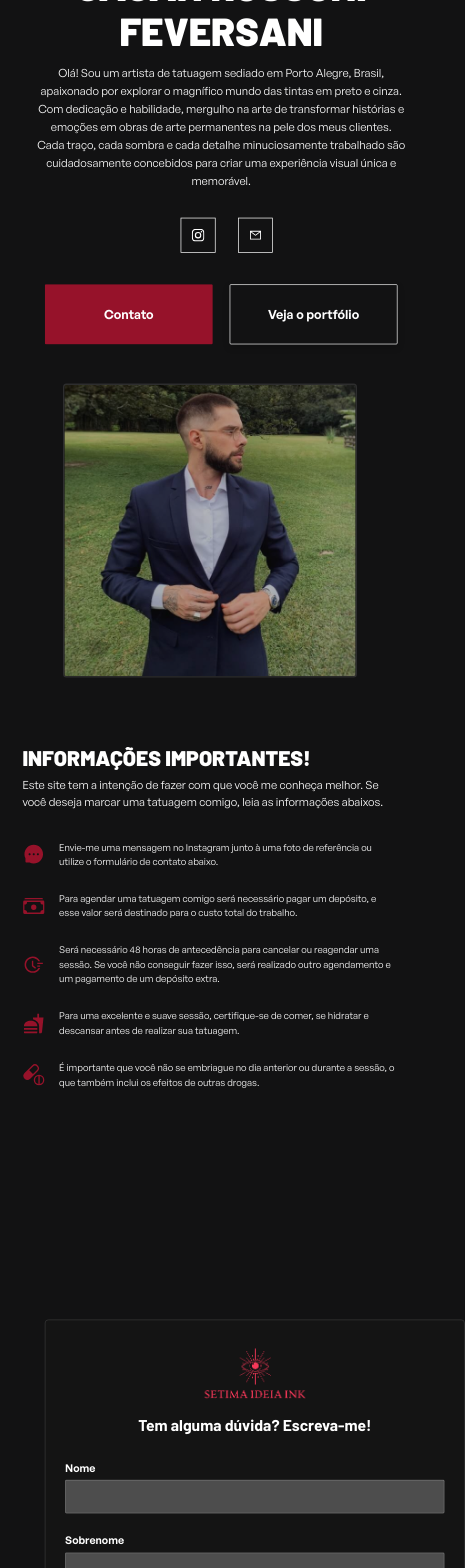
Repository: Leoka2000/S-tima-Ideia
Page: /
These files come from the project's save history. The page is drawn as it stood at one moment and after the next save; the edit follows.
The browser window is 600 px wide. The page is 664 px wide, then 600 px, so the pictures cover 664 px, including what lies to the right of the window. The pictures show the part of the page from y = 4260 to 6500 px (the page is 7771 px tall), at 70% of full size.
Backgrounds fixed to the window are drawn as part of the page. The project was rebuilt for these pictures with package versions that can differ from the ones it lists, and the page was loaded fresh each time. Some packages were replaced by stand-ins written for this rebuild. Also part of the build but not shown: src/pages/main/instagram/instagram.css, src/pages/main/instagram/instagram.jsx, src/App.css, src/pages/portfolio/portfolio.css, src/data/database-common.js, src/pages/portfolio/loop-content.jsx, src/pages/portfolio/portfolio.jsx, src/pages/portfolio/index.jsx and 2 more. Imported but missing from the stored project, and not drawn on this page: src/assets/videos/cauan-video.mp4.

Above is the page before, as saved 2023-07-10 21:28:46.

### public/index.html
<!DOCTYPE html>
<html lang="en">
  <head>
    <meta charset="utf-8" />
    <link rel="icon" href="%PUBLIC_URL%/logo.png" />
    <meta name="viewport" content="width=device-width, initial-scale=1" />
    <meta name="theme-color" content="#000000" />
    <meta
      name="description"
      content=""
    />
    <link rel="apple-touch-icon" href="%PUBLIC_URL%/logo192.png" />
    <!--
      manifest.json provides metadata used when your web app is installed on a
      user's mobile device or desktop. See https://developers.google.com/web/fundamentals/web-app-manifest/
    -->
    <link rel="manifest" href="%PUBLIC_URL%/manifest.json" />
    <!--
      Notice the use of %PUBLIC_URL% in the tags above.
      It will be replaced with the URL of the `public` folder during the build.
      Only files inside the `public` folder can be referenced from the HTML.

      Unlike "/favicon.ico" or "favicon.ico", "%PUBLIC_URL%/favicon.ico" will
      work correctly both with client-side routing and a non-root public URL.
      Learn how to configure a non-root public URL by running `npm run build`.
    -->
    <title>Setima Ideia</title>
  </head>
  <body>
    <noscript>You need to enable JavaScript to run this app.</noscript>
    <div id="root"></div>
    <!--
      This HTML file is a template.
      If you open it directly in the browser, you will see an empty page.

      You can add webfonts, meta tags, or analytics to this file.
      The build step will place the bundled scripts into the <body> tag.

      To begin the development, run `npm start` or `yarn start`.
      To create a production bundle, use `npm run build` or `yarn build`.
    -->
  </body>
</html>

### src/pages/main/index/index.jsx
import React from 'react'
import Hero from '../hero/hero'
import About from '../about/about'
import Carousel from '../carousel/carousel'
import HorizontalParallax2 from '../carousel/carousel2'
import LookPortfolio from '../olhe-portfolio'
import Video from '../video/video'
import Instagram from '../instagram/instagram'
import Form from '../contact/form'
import Contact from '../contact'
import Sobre from '../../sobre/about/about'

const index = () => {
  return (
    <>
      <Hero/>
      <About/>
      <Carousel/>
      <HorizontalParallax2/>
      <LookPortfolio/>
      <Video/>
      <Sobre/>
      {/* <Instagram/> */}
      <Contact/>
    </>
  )
}

export default index

### src/pages/sobre/about/about.jsx
import React from 'react'
import "./about.css"
import { BsFacebook } from 'react-icons/bs'
import { BsInstagram } from 'react-icons/bs'
import { AiOutlineMail } from 'react-icons/ai'
import cauan from '../../../assets/images/cauan.jpg'
import {Link} from 'react-scroll'

const Sobre = () => {
  return (
    <section id='about' className='sobre-section'>
      <main>
        <div className='sobre-left'>
          <h2>Tatuador na equipe Família Bagé.</h2>
          <h1>Cauan Rossoni Feversani</h1>
          <p>Olá! Sou um artista de tatuagem sediado em Porto Alegre, Brasil, apaixonado por explorar o magnífico mundo das tintas em preto e cinza. Com dedicação e habilidade, mergulho na arte de transformar histórias e emoções em obras de arte permanentes na pele dos meus clientes. Cada traço, cada sombra e cada detalhe minuciosamente trabalhado são cuidadosamente concebidos para criar uma experiência visual única e memorável. </p>
          <div className='sobre-icons-wrapper'>
            <a target='_blank' href='https://www.instagram.com/setimaideia.ink'>
              <BsInstagram />
            </a>
            <a href='mailto:contato.cauanrf@gmail.com'>
              <AiOutlineMail />
            </a>
          </div>
          <div className='sobre-button-wrapper'>
          <Link style={{ textDecoration: 'none' }} spy={true} smooth={true} offset={100} duration={500} to='form' ><button className='solid'>Contato</button></Link>
            <a target='_blank' href='https://www.instagram.com/setimaideia.ink'><button className='transparent'>Veja o portfólio</button></a>
          </div>
        </div>
        <div className='sobre-right'>
          <img alt='cauan' src={cauan}/>
        </div>
      </main>
    </section>
  )
}

export default Sobre

### src/components/footer/footer.jsx
import { useEffect } from 'react'
import './footer.css'
import { BsFacebook } from 'react-icons/bs'
import { BsInstagram } from 'react-icons/bs'
import { AiOutlineMail } from 'react-icons/ai'
import machine from '../../assets/icons/tattoo-machine.png'
import bage from '../../assets/brand/bage.jpg'
import { useLocation } from 'react-router-dom'
import { Link } from 'react-scroll'

const Footer = () => {

    const location = useLocation();

    useEffect(() => {
        window.scrollTo(0, 0);
    }, [location.pathname]);


    return (
        <footer>
            <main>
                <div className='footer-left'>
                    <div className='footer-cauan'>
                        <img src={machine} />
                        <p>Cauan Rossoni</p>
                    </div>

                    <div className='footer-icons-wrapper'>
                        <a target='_blank' href='https://www.instagram.com/setimaideia.ink/'>< BsInstagram /></a>
                        <a target='_blank' href='mailto:contato.cauanrf@gmail.com'><AiOutlineMail /></a>
                    </div>
                </div>
                <div className='footer-middle'>
                    <h1>Páginas</h1>
                    <Link style={{ textDecoration: 'none' }} spy={true} smooth={true} offset={100} duration={500} to='inicio' >Início</Link>
                    <Link style={{ textDecoration: 'none' }} spy={true} smooth={true} offset={100} duration={500} to='portfolio' >Portfolio</Link>
                    <Link style={{ textDecoration: 'none' }} spy={true} smooth={true} offset={100} duration={500} to='about' >Sobre</Link>
                </div>
                <div className='footer-right'><a target='_blank' href='https://www.instagram.com/_familiabagetattoo_/'><img src={bage} /></a></div>
            </main>
            <div className='leo-tag'>
                <p>Desenvolvido por <a target='_blank' style={{textDecoration: 'none'}} href='https://www.linkedin.com/in/leoreus/'>Leo Reus Oliveira</a></p>
            </div>
        </footer>
    )
}

export default Footer

### src/pages/main/hero/hero.jsx
import React from 'react';
import { motion } from 'framer-motion';
import './hero.css';
import logo from '../../../assets/brand/logoCorrected.png';
import { Link } from 'react-scroll';

const Hero = () => {
  const text = "Olá, aqui é o Cauan, bem-vindo ao meu website!";

  const parentVariants = {
    animate: {
      transition: {
        staggerChildren: 0.05,
      },
    },
  };

  const childVariants = {
    initial: {
      y: 20,
      opacity: 0,
    },
    animate: {
      y: 0,
      opacity: 1,
    },
  };

  return (
    <section id='inicio' className="hero-section">
      <div className="hero-wrapper">
        <img src={logo} alt="logo" />
        <motion.h1 variants={parentVariants} initial="initial" animate="animate">
          {text.split("").map((letter, index) => (
            <motion.span key={index} variants={childVariants}>{letter}</motion.span>
          ))}
        </motion.h1>
        <h2>Clique no botão abaixo para saber mais.</h2>
        <div>
          <Link to='sobre' className="colored-hero" style={{textDecoration: 'none'}} spy={true} smooth={true} offset={100} duration={500}>Saiba mais</Link>
        </div>
      </div>
    </section>
  );
};

export default Hero;

### src/pages/main/carousel/carousel.jsx
import C1 from '../../../assets/carousel/c1.jpg'
import C2 from '../../../assets/carousel/c2.jpg'
import C3 from '../../../assets/carousel/c4.jpg'
import C4 from '../../../assets/carousel/c5.jpg'
import C5 from '../../../assets/carousel/c6.jpg'
import C6 from '../../../assets/carousel/c7.jpg'
import C7 from '../../../assets/carousel/c20.jpg'
import C8 from '../../../assets/carousel/c11.jpg'
import C9 from '../../../assets/carousel/c12.jpg'

import C11 from '../../../assets/carousel/c15.jpg'
import C12 from '../../../assets/carousel/c16.jpg'
import C13 from '../../../assets/carousel/c17.jpg'
import C15 from '../../../assets/carousel/c19.jpg'
import C16 from '../../../assets/carousel/c21.jpg'





import React, {useState, useEffect} from "react";
import './carousel.css'

const images = [
  C1,
  C5,
  C4,
  C3,
  C7,
  C2,
  C6,
  //  C10,
  C8,
  C9,

  C11,
  C12,
  // C14,
  C13,
  C15,
  C16,
  // C17,



];

const HorizontalParallax = () => {
  const [scrollY, setScrollY] = useState(0);

  useEffect(() => {
    const handleScroll = () => {
      setScrollY(window.scrollY);
    };

    window.addEventListener("scroll", handleScroll);

    return () => {
      window.removeEventListener("scroll", handleScroll);
    };
  }, []);

  const calculateX = (scrollY) => {
    const minScroll = 0;
    const maxScroll = 2000;
    const minX = 0;
    const maxX = -2000;

    return (scrollY - minScroll) * ((maxX - minX) / (maxScroll - minScroll)) + minX;
  };

  const x = calculateX(scrollY);

  return (
    <div className="horizontal-parallax">
      <div className="images-container" style={{ transform: `translateX(${x}px)` }}>
        {images.map((image, index) => (
          <div key={index} className="image">
            <img src={image} alt={`Image ${index}`} />
          </div>
        ))}
      </div>
    </div>
  );
};

export default HorizontalParallax;

### src/pages/main/carousel/carousel2.jsx
import React, { useState, useEffect } from "react";
import './carousel.css'
import C1 from '../../../assets/carousel/c1.jpg'
import C2 from '../../../assets/carousel/c2.jpg'
import C13 from '../../../assets/carousel/c4.jpg'
import C4 from '../../../assets/carousel/c5.jpg'
import C5 from '../../../assets/carousel/c6.jpg'
import C6 from '../../../assets/carousel/c7.jpg'
// import C7 from '../../../assets/carousel/c10.jpg'
import C8 from '../../../assets/carousel/c11.jpg'
import C9 from '../../../assets/carousel/c12.jpg'
// import C10 from '../../../assets/carousel/c13.jpg'
import C11 from '../../../assets/carousel/c15.jpg'
import C12 from '../../../assets/carousel/c16.jpg'
// import C13 from '../../../assets/carousel/c17.jpg'
import C15 from '../../../assets/carousel/c19.jpg'
import C16 from '../../../assets/carousel/c21.jpg'

const images = [
  C1,
  C5,
  C4,
  // C7,
  C2,
  C6,
  C13,
  C8,
  C9,
  // C10,
  C11,
  C12,
  // C13,
  C15,
  C16,
  // C17,
  // C18,
];

const HorizontalParallax2 = () => {
  const [scrollY, setScrollY] = useState(0);

  useEffect(() => {
    const handleScroll = () => {
      setScrollY(window.scrollY);
    };

    window.addEventListener("scroll", handleScroll);

    return () => {
      window.removeEventListener("scroll", handleScroll);
    };
  }, []);

  const calculateX = (scrollY) => {
    const minScroll = 0;
    const maxScroll = 3000;
    const minX = -2000;
    const maxX = 0;

    return (scrollY - minScroll) * ((maxX - minX) / (maxScroll - minScroll)) + minX;
  };

  const x = calculateX(scrollY);

  return (
    <div className="horizontal-parallax">
      <div className="images-container" style={{ transform: `translateX(${x}px)` }}>
        {images.map((image, index) => (
          <div key={index} className="image">
            <img src={image} alt={`Image ${index}`} />
          </div>
        ))}
      </div>
    </div>
  );
};

export default HorizontalParallax2;

### src/pages/main/olhe-portfolio/index.jsx
import React from 'react'
import './index.css'
import img from '../../../assets/images/Signature.jpg'
import silhouete from '../../../assets/icons/about-tattoo-machine.png'
import clown from '../../../assets/icons/rose.png'
import { useInView } from 'react-intersection-observer';
import { motion } from 'framer-motion'
import { Link } from 'react-router-dom'

const LookPortfolio = () => {

  const [ref1, inView1] = useInView({
    threshold: 0.3,
    triggerOnce: true,
    delay: 0.7
  });

  const [ref2, inView2] = useInView({
    threshold: 0.3,
    triggerOnce: true,
    delay: 0.9
  });

  return (
    <section id='portfolio' className='look-portfolio-section'>
      <img alt='silhouete' className='silhouete' src={silhouete} />
      <img alt='silhouete' className='clown' src={clown} />
      <motion.div
        ref={ref1}
        initial={{ opacity: 0 }}
        animate={inView1 ? { opacity: 1 } : { opacity: 0 }}
        transition={{ duration: 1 }}
        className='look-portfolio-left'>
        <img src={img} />
      </motion.div>
      <br/>
      <motion.div
        ref={ref2}
        initial={{ opacity: 0 }}
        animate={inView2 ? { opacity: 1 } : { opacity: 0 }}
        transition={{ duration: 1 }}
        className='look-portfolio-right'>
        <h1>Confira o meu portfólio!</h1>
        <p>Clique no link a baixo para acessar o meu portfólio no Instagram. Lá, você pode encontrar uma exposição dos meus trabalhos atualizados.</p>
        <a
         style={{textDecoration:'none'}} target='_blank' href='https://www.instagram.com/setimaideia.ink/'>Saiba mais</a>
      </motion.div>

    </section>
  )
}

export default LookPortfolio

### src/pages/main/video/video.jsx
import React, { useState } from 'react';
import './video.css';
import cauan from '../../../assets/videos/cauan-video.mp4'
import thumb from '../../../assets/images/Thumbnail.jpg'
import { FaPlay, FaTimes } from "react-icons/fa";

function Video() {
    const [showVideo, setShowVideo] = useState(false);

    function handlePlayClick() {
        setShowVideo(true);
        document.body.style.overflow = 'hidden';
    }

    function handleCloseClick() {
        setShowVideo(false);
        document.body.style.overflow = 'visible';
    }

    return (
        <section className="video-thumbnail">
            <div className='overlay-effect'>
                <div
                    className="thumbnail-image"

                >
                    <button
                        className="play-button"
                        onClick={handlePlayClick}
                    >
                        <FaPlay className="play-icon" />
                    </button>
                </div>
                {showVideo && (
                    <div className="video-overlay">
                        <button className="close-button" onClick={handleCloseClick}>
                            <FaTimes className="close-icon" />
                        </button>
                        <div className="video-wrapper">
                            <video src={cauan} controls autoPlay />
                        </div>
                    </div>
                )}
            </div>
        </section>
    );
}

export default Video

### src/pages/main/contact/index.jsx
import React from 'react'
import Form from './form'
import './form.css'
import { useInView } from 'react-intersection-observer';
import { motion } from 'framer-motion'
import { AiFillMessage } from 'react-icons/ai'
import { AiOutlineFieldTime } from 'react-icons/ai'
import { BsCashStack } from 'react-icons/bs'
import { MdFastfood} from 'react-icons/md'
import {BsCapsulePill} from 'react-icons/bs'

const Index = () => {

  const [ref1, inView1] = useInView({
    threshold: 0.7,
    triggerOnce: true,
    delay: 0.9
  });

  return (
    <section className='form-section-parent'>

      <motion.header
        ref={ref1}
        initial={{ opacity: 0 }}
        animate={inView1 ? { opacity: 1 } : { opacity: 0 }}
        transition={{ duration: 1 }}
        className='form-header'>
        <h1>INFORMAÇÕES IMPORTANTES!</h1>
        <p>Este site tem a intenção de fazer com que você me conheça melhor. Se você deseja marcar uma tatuagem comigo, leia as informações abaixos.</p>
        <div className='row-wrapper'>
          <div>
            <span><AiFillMessage /></span>
            <p>Envie-me uma mensagem no Instagram junto à uma foto de referência ou utilize o formulário de contato abaixo.</p>
          </div>
          <div>
            <span><BsCashStack /></span>
            <p>Para agendar uma tatuagem comigo será necessário pagar um depósito, e esse valor será destinado para o custo total do trabalho.</p>
          </div>
          <div>
            <span><AiOutlineFieldTime /></span>
            <p>Será necessário 48 horas de antecedência para cancelar ou reagendar uma sessão. Se você não conseguir fazer isso, será realizado outro agendamento e um pagamento de um depósito extra.</p>
          </div>
          <div>
            <span><MdFastfood /></span>
            <p>Para uma excelente e suave sessão, certifique-se de comer, se hidratar e descansar antes de realizar sua tatuagem.</p>
          </div>
          <div>
            <span><BsCapsulePill/></span>
            <p>É importante que você não se embriague no dia anterior ou durante a sessão, o que também inclui os efeitos de outras drogas.</p>
          </div>

        </div>

      </motion.header>
      <Form />
    </section >
  )
}

export default Index

### src/pages/main/carousel/carousel.css
.horizontal-parallax {
  position: relative;
  width: 100%;
  height: 400px;
  overflow-x: hidden;
}

.images-container {
  position: absolute;
  top: 0;
  left: 0;
  height: 100%;
  white-space: nowrap;
}

.image {
  display: inline-block;
  width: 400px;
  height: 350px;
  margin-right: 20px;
  overflow: hidden;
}

.image img {
  width: 100%;
  height: 100%;
  object-fit: cover;
  border-radius: 4px;
  box-shadow: 0 2px 4px rgba(0, 0, 0, 0.3);
}

@media screen and (max-width: 650px) {
  .image {
    display: inline-block;
    width: 210px;
    height: 245px;
    margin-right: 20px;
    overflow: hidden;
  }
  .horizontal-parallax {
    position: relative;
    width: 100%;
    height: 350px;
    overflow-x: hidden;
  }

}

### src/pages/main/contact/form.css
.form-section-parent {
    display: flex;
    width: 100%;
    flex-direction: column;
}
input:focus, textarea:focus {
    border-color: #f8133c;
}
.form-header {
    padding-top: 1rem;
    padding-bottom: 1rem;
    text-align: left;
    display: flex;
    flex-direction: column;
    justify-content: center;
    align-items: start;
    margin-left: 10rem;

}
.form-header > h1 {
    font-family: Barlow, sans-serif;
color: #fff;
font-size: 3rem;
line-height: 1.244em;
font-weight: 900;
text-transform: uppercase;
margin-bottom: 0.5rem;




}
.form-header > p {
width: 700px;
margin-bottom: 1.5rem;
font-size: 1.2rem;
line-height: 1.6rem;
font-weight: 500;
text-align: left;

}
.row-wrapper {
    display: flex;
    flex-direction: column;
    align-items: start;
    text-align: left;
    gap: 2rem;
    margin-top: 1rem;

}

.row-wrapper > div {
    display: flex;
    align-items: center;
    justify-content: center;
    gap: 1.3rem;
}
.row-wrapper > div > p {
    max-width: 39rem;
    font-size: 0.95rem;
    line-height: 1.5rem;
}
.row-wrapper > div > span{
    font-size: 2rem;
    border-radius: 100%;

    color: #96122a;

}

.form-section {
    position: relative;
    display: flex;
    flex-direction: column;
    color: rgb(218, 218, 218);
    align-items: start;
    padding: 35rem 0rem 27rem 0rem;
    margin-top: 5rem 0 5rem 0;
}
.cauan-img {
    position: absolute;
    background-image: linear-gradient(180deg, rgba(0, 0, 0, 0.6), rgba(0, 0, 0, 0.6)), url('../../../assets/images/contato.jpg');
width:100%;
height: 100%;
background-position: 0px 0px, 100% 50%;
background-size: auto, auto 100vh;
background-attachment: scroll, fixed;
top: 0;
right: 0;
}



form {
    position: absolute;
    left: 4rem;
    bottom:4rem;
display: flex;
flex-direction: column;
gap: 1rem;
border-radius: 5px;
align-items: center;
background-color: rgb(20, 20, 20);
border: 1px solid #393939;
width: 40rem;

padding: 2rem;

}

form > header {
    font-size: 2rem;
    margin-bottom: 1rem;
    display: flex;
    justify-content: space-between;
    width: 100%;
    align-items: center;
}
form > header > h1 {
    font-family: Barlow, sans-serif;
    line-height: 2.43rem;
    font-weight: 600;
}
form > header > img {
   width: 15rem;
}
.flex-div {
    display: flex;
    width: 100%;
    gap: 1rem;
}
label {
    margin-bottom: 0.1rem;
    font-weight: 500;
    font-size: 0.95rem;
}
.error-message {
    font-size: 0.8rem;
    color: red;
}
.form-row {
    display: flex;
    flex-direction: column;
    width: 100%;
    border: none;


}

.success {
    color: green;
    font-size: 1rem;
  }
.form-input {
background-color: rgba(212, 212, 212, 0.3);
border-radius: 2px;
padding: 0.5rem;
border: 1px solid rgba(212, 212, 212, 0.3) ;
outline: none;
font-weight: 300;
color: rgb(255, 255, 255);

margin-bottom: 0.5rem;

}
#checkbox-wrapper {
    align-items: start;
}

.input-error {
    background-color: rgba(212, 212, 212, 0.3);

border: red 1px solid;
border-radius: 3px;
padding: 0.5rem;
color: rgb(255, 255, 255);


}
textarea {
    background-color: rgba(212, 212, 212, 0.3);
    outline: none;
    border: none;
    height: 6rem;
    padding: 0.5rem;
    border-radius: 2px;
    margin-bottom: 0.5rem;
}
.form-button {
    padding: 1rem;
    cursor: pointer;
    justify-content: center;
    border: 1px solid transparent;
    border-radius: 2px;
    background-color: #96122a;
    transition: box-shadow 300ms ease, transform 300ms ease;
    font-family: 'General Sans', sans-serif;
    color: #fff;
    line-height: 1.111em;
    font-weight: 700;
    text-align: center;
    text-decoration: none;
    text-transform: none;
    transform-style: preserve-3d;
    width: 100%;

}

.form-button:hover {
    box-shadow: 0 10px 20px 0 rgba(248, 19, 60, 0.2);
    transform: translate3d(0px, -3px, 0.01px);
    color: #fff;
}


.swal2-styled {
    background-color: #bc9864;

}
@media (max-width: 950px) {
    .form-header {
        padding: 2rem 1rem 5rem 1rem;
        text-align: center;
        display: flex;
        flex-direction: column;
        justify-content: center;
        align-items: left;
        margin-left: 0rem;

}
.form-header > p {
    width: 600px;
}
}
@media (max-width: 868px) {
    form {
        display: flex;
        width: 100%;
    }
    form > header {
        flex-direction: column-reverse;
        gap: 1rem;
        text-align: center;

    }
    .form-header > h1 {
        margin-bottom: 0.5rem;
         font-size: 1.9rem;
         text-align: left;
         color: #fff;

         line-height: 1.196em;
         font-weight: 900;
         text-transform: uppercase;
     }
     .row-wrapper > div > p {
       width: 90%;
        font-size: 0.85rem;
        line-height: 1.3rem;
    }
    .row-wrapper > div > span {
        font-size: 1.9rem;
    }

    .form-header > p {
   font-size: 1rem;
   font-weight: 400;

    }
    .form-section {
        height: 80rem;
        width: 100%;
    }

        form > header > h1 {
            font-family: Barlow, sans-serif;
            line-height: 1.85rem;
            font-weight: 700;

            font-size: 1.4rem;

        }
    .flex-div {
        flex-direction: column;
    }
    .cauan-img {
        position: absolute;
        background-image: linear-gradient(180deg, rgba(0, 0, 0, 0.6), rgba(0, 0, 0, 0.6)), url('../../../assets/images/contato.jpg');
    width:100%;
    height: 80rem;
    background-position: 0px 0px, 100% 50%;
    background-size: auto, auto 100vh;
    background-attachment: scroll, fixed;
    top: 0;
    right: 0;
    }
}
@media (max-width: 650px) {
    .form-section {
        display: flex;
        flex-direction: column;
        color: white;
        width: 100%;
        padding: 2rem 0rem 0rem 0rem;
      align-items: center;
    }
    .form-header {
        margin-right: 1rem;
        margin-left: 1rem;
        padding-top: 2rem;
        padding-bottom: 2rem;

    }
    .form-header > p {
        width: 100%;
    }
    form {
        width: 100%;
      display: flex;
      justify-content: center;
        padding-right: 1.75rem;
        padding-left: 1.75rem;
        margin-bottom: 0rem;

    }

    .cauan-img {
        height: 90rem;
        display: none;
    }
    form > header > img {
        width: 10rem;
     }
    }

Loaded but not shown: src/index.js (36 lines, source omitted); src/routes.js (29 lines, source omitted); src/components/navbar/navbar.css (298 lines, source omitted); src/pages/sobre/about/about.css (273 lines, source omitted); src/pages/main/about/about.css (266 lines, source omitted); src/pages/main/contact/form.jsx (95 lines, source omitted); src/pages/main/hero/hero.css (175 lines, source omitted); src/index.css (107 lines, source omitted); src/pages/main/olhe-portfolio/index.css (156 lines, source omitted); src/components/footer/footer.css (152 lines, source omitted); src/components/navbar/navbar.jsx (78 lines, source omitted); src/pages/main/video/video.css (140 lines, source omitted); src/pages/main/about/about.jsx (57 lines, source omitted)

After the next save:
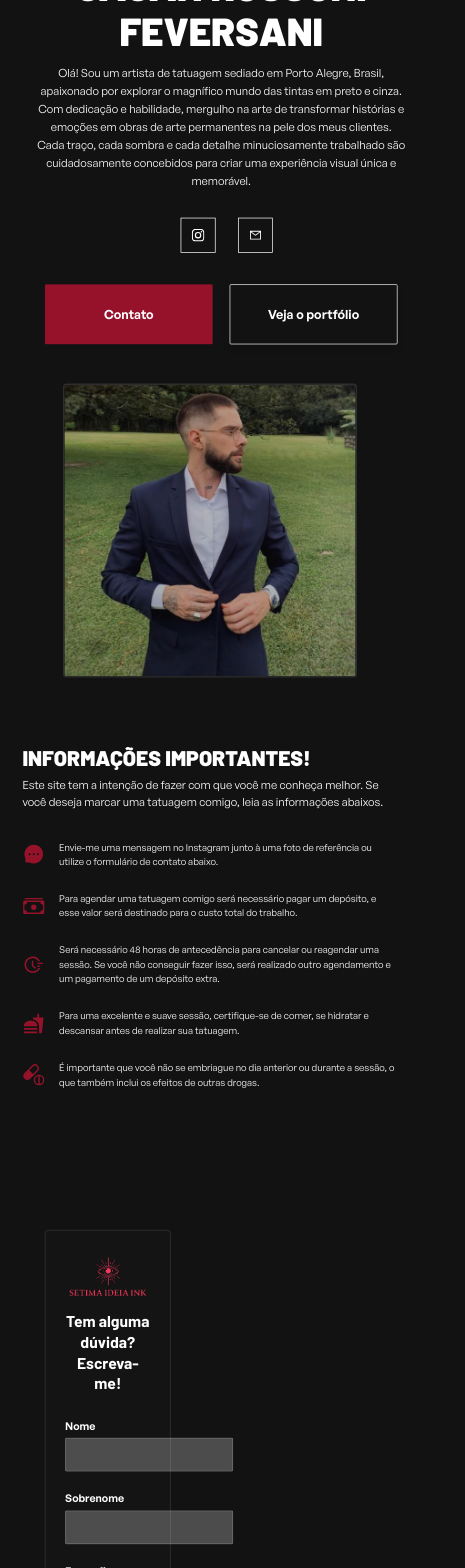
Saved 12 s later.
--- a/src/pages/main/contact/form.css
+++ b/src/pages/main/contact/form.css
@@ -315,7 +315,7 @@ textarea {
         width: 100%;
     }
     form {
-        width: 100%;
+        width: 30%;
       display: flex;
       justify-content: center;
         padding-right: 1.75rem;
